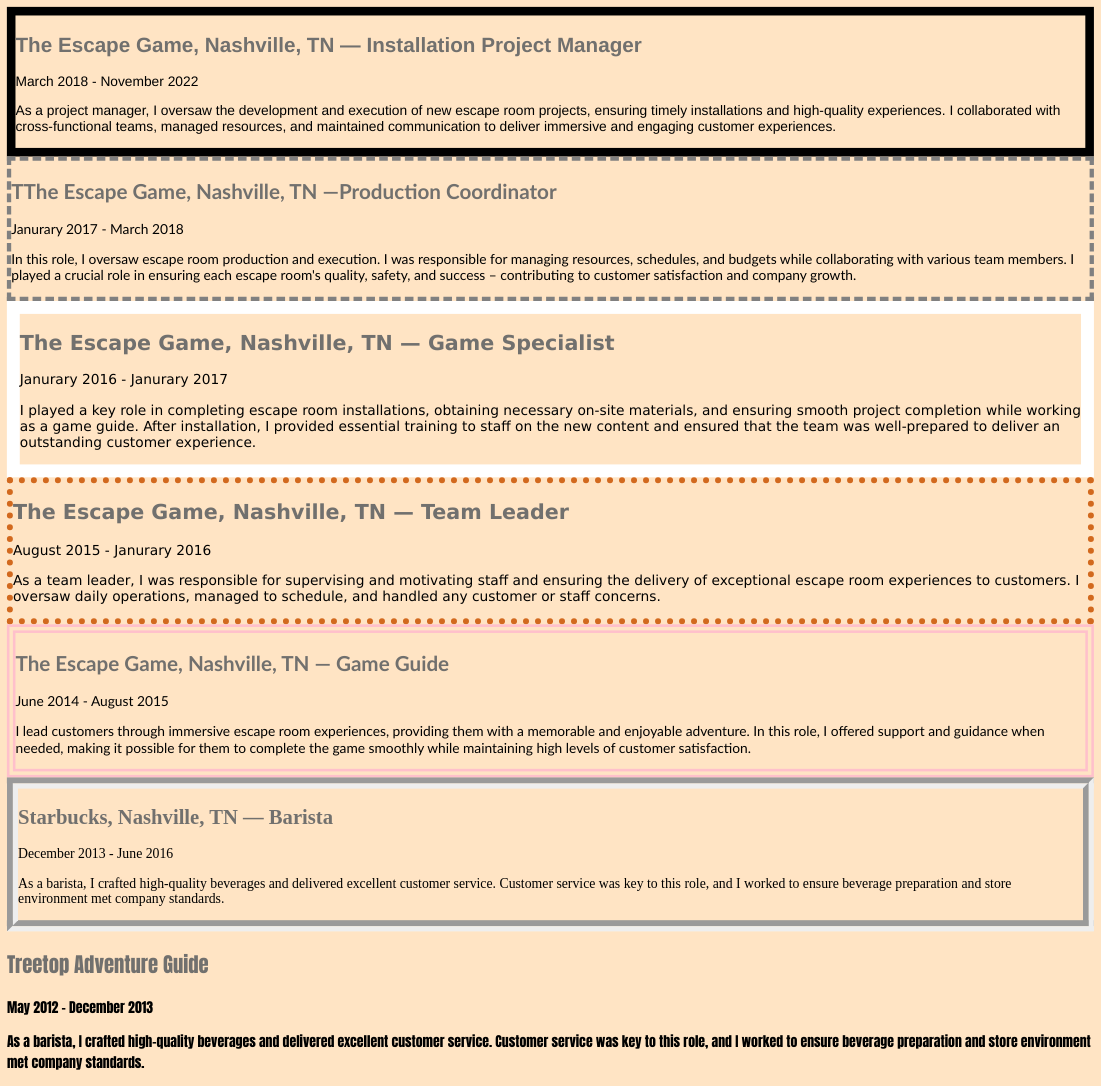
Repository: jgramirez0210/LAB-HTML-Resume
Page: index.html
These files come from the project's save history. The page is drawn as it stood at one moment and after the next save; the edit follows.
The browser window is 1280 px wide. The pictures show the whole page, at 86% of full size.

Above is the page before, as saved 2023-10-10 15:38:38.

After the next save:
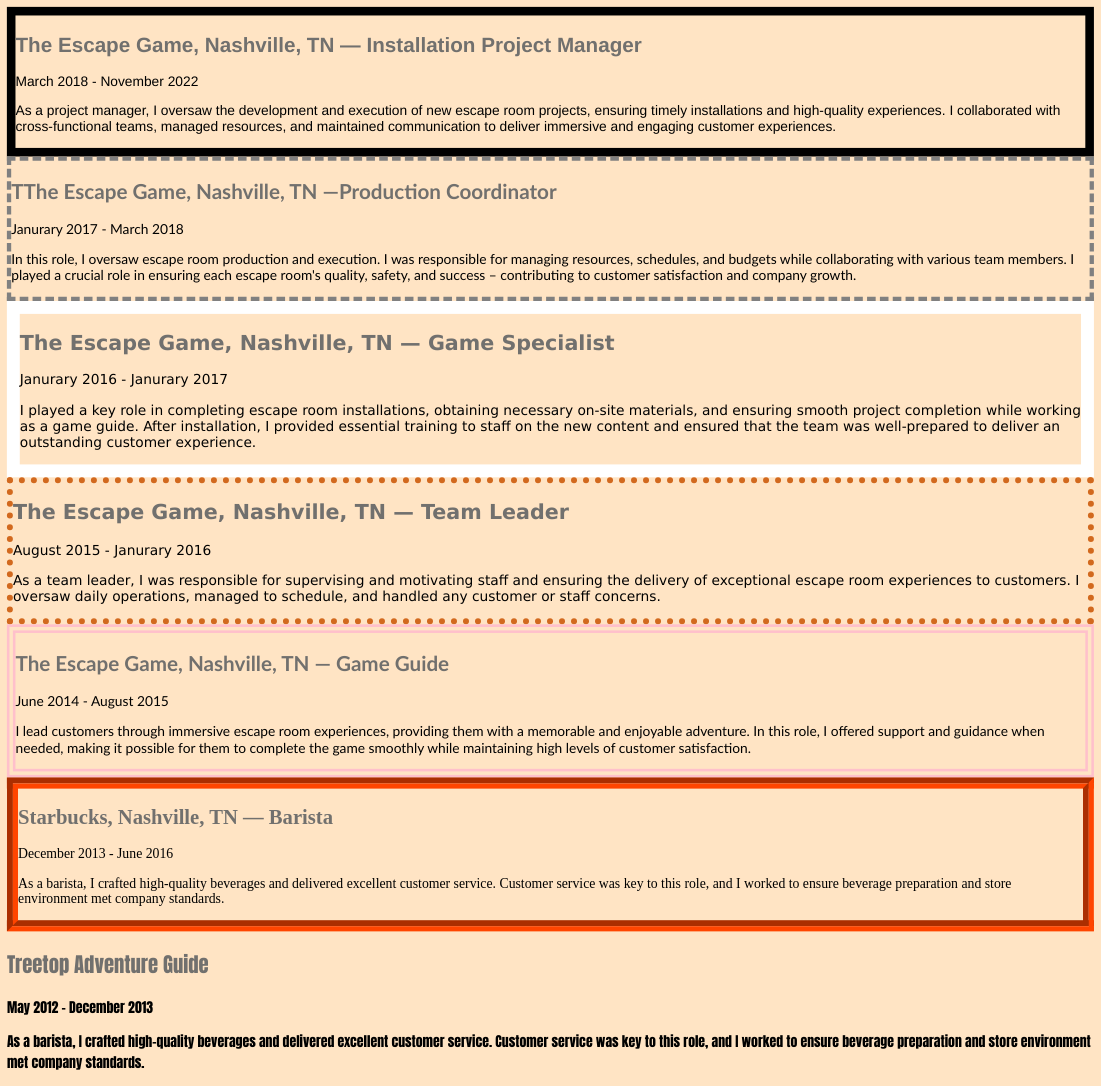
Saved 4 s later.
--- a/main.css
+++ b/main.css
@@ -20,7 +20,7 @@
 }
 #job2 {
   font-family:'Times New Roman', Times, serif;
-  border: 13px groove
+  border: 13px groove orangered;
 }
 #job1 {
   font-family:Impact, Haettenschweiler, 'Arial Narrow Bold', sans-serif
